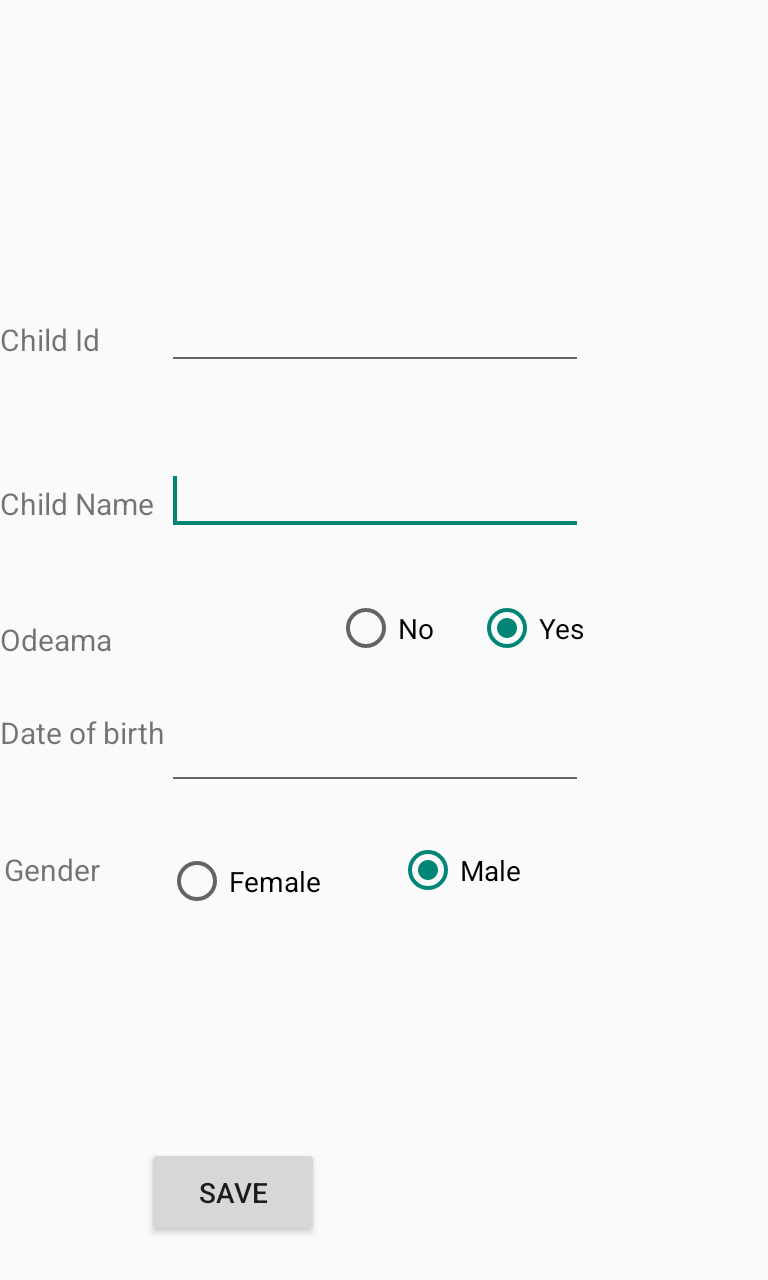
Repository: Team-7/hopeworldwide
Layout: workspace/HopeWWdatabase/res/layout/activity_main.xml
The author's editor kept a copy of each file at every save. The layout is drawn from the files as they stood at one save, then again after the next save.
It is drawn on a 768 x 1280 px phone screen (xhdpi) without system bars, with theme AppTheme; the app's code is not run.

Above is the layout before, as saved 2014-04-10 09:58:58.

After the next save:
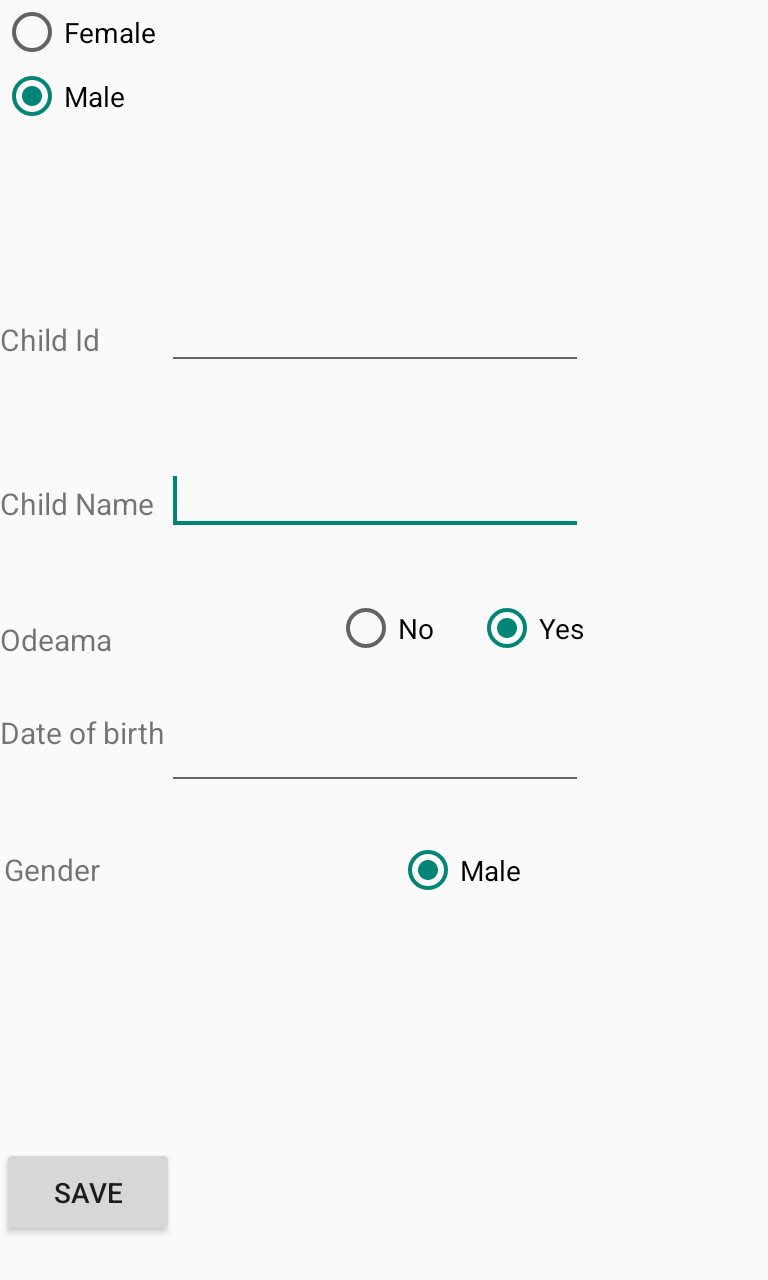
Saved 95 s later.
--- a/workspace/HopeWWdatabase/res/layout/activity_main.xml
+++ b/workspace/HopeWWdatabase/res/layout/activity_main.xml
@@ -39,6 +39,26 @@
             android:id="@+id/radioGender"
             android:layout_width="wrap_content"
             android:layout_height="wrap_content" >
+
+            <RadioButton
+            android:id="@+id/genderFemale"
+            android:layout_width="wrap_content"
+            android:layout_height="wrap_content"
+            android:layout_alignLeft="@+id/editText3"
+            android:layout_alignTop="@+id/textView5"
+            android:text="Female" />
+
+            <RadioButton
+            android:id="@+id/genderMale"
+            android:layout_width="wrap_content"
+            android:layout_height="wrap_content"
+            android:layout_alignBaseline="@+id/textView5"
+            android:layout_alignBottom="@+id/textView5"
+            android:layout_alignRight="@+id/editText3"
+            android:layout_marginRight="32dp"
+            android:checked="true"
+            android:text="Male" />
+
         </RadioGroup>
 
         <TextView
@@ -51,13 +71,7 @@
             android:text="Date of birth"
             android:textSize="15sp" />
 
-        <RadioButton
-            android:id="@+id/genderFemale"
-            android:layout_width="wrap_content"
-            android:layout_height="wrap_content"
-            android:layout_alignLeft="@+id/editText3"
-            android:layout_alignTop="@+id/textView5"
-            android:text="Female" />
+
 
         <EditText
             android:id="@+id/editText2"
